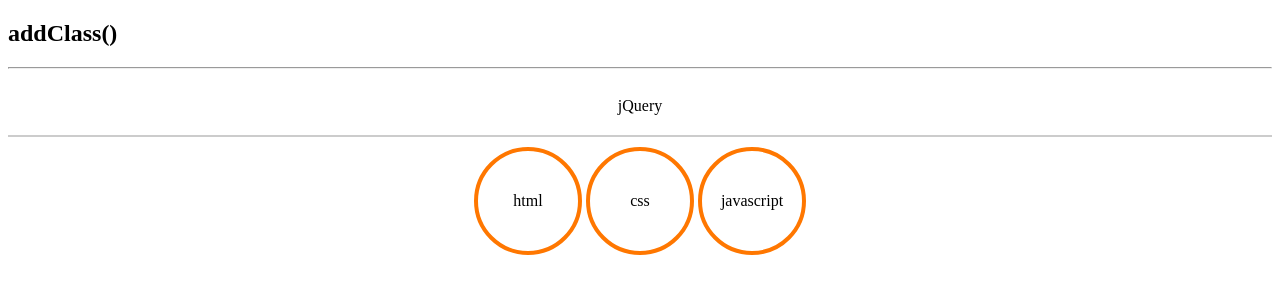
Repository: kimjoohye/study_WEB
Page: workspace/studyhtml5/WebContent/jq/jq02/jq02.html
The author's editor kept a copy of each file at every save. The page is drawn from the files as they stood at one save, then again after the next save.
The browser window is 1280 px wide. The pictures show the whole page.

Above is the page before, as saved 2022-05-11 01:36:59.

After the next save:
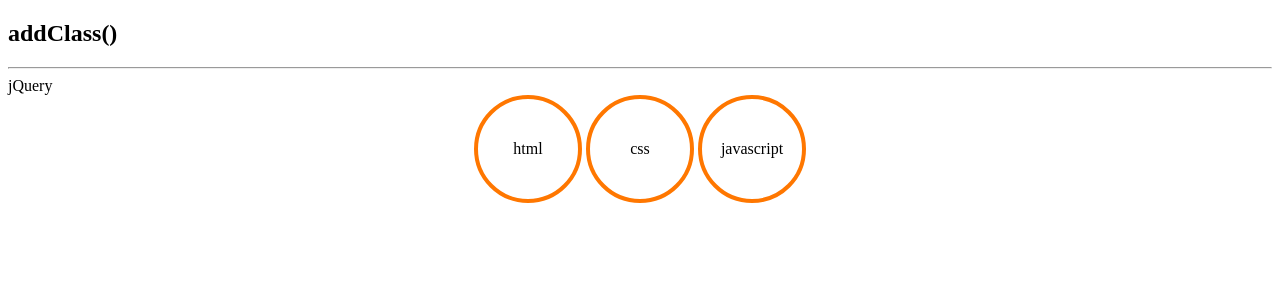
Saved 28 s later.
--- a/workspace/studyhtml5/WebContent/jq/jq02/jq02.html
+++ b/workspace/studyhtml5/WebContent/jq/jq02/jq02.html
@@ -65,7 +65,7 @@
    <script type="text/javascript">
 	   $(document).ready(function(){
 	       //console.log('PCWK *** document');
-	       $('#m1').addClass('box');
+	       $('#m1').removeClass();
 
 	       $('#m2 > div').addClass(function(i){
 	    	   console.log(`i : ${i}`);
